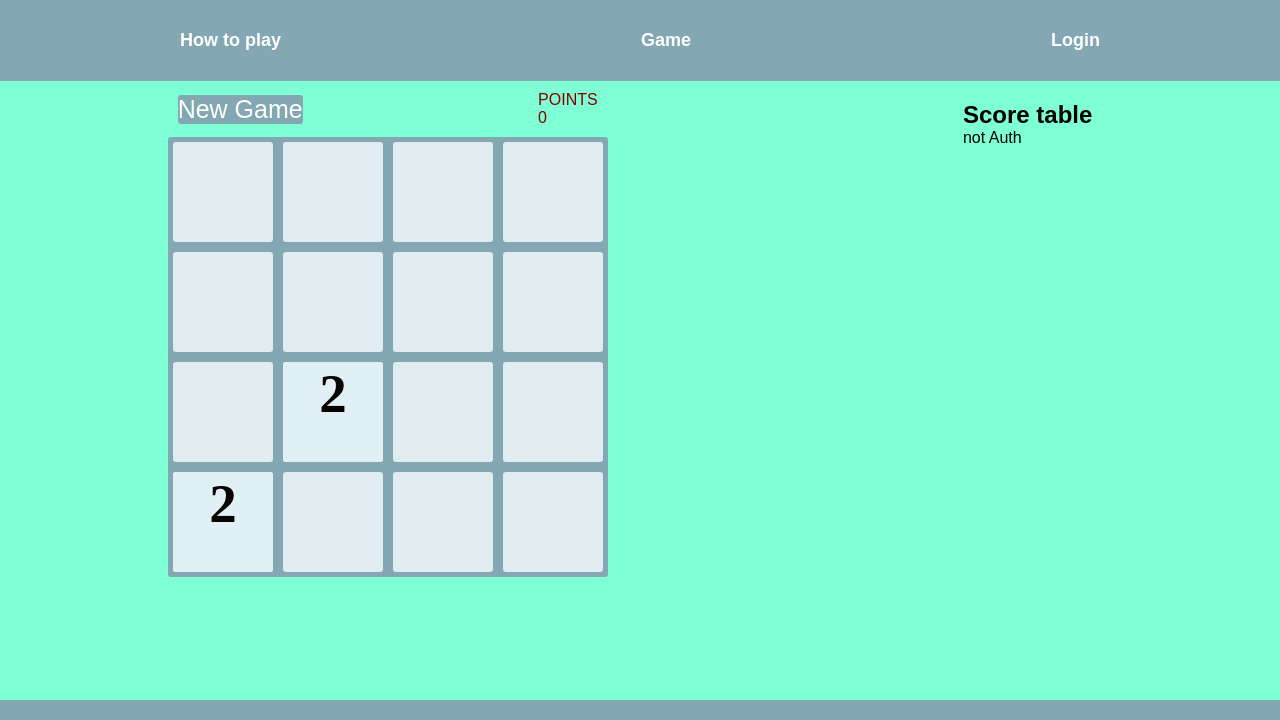
Repository: nika-otter/2048
Page: / (app in client/)
The author's editor kept a copy of each file at every save. The page is drawn from the files as they stood at one save, then again after the next save.
The browser window is 1280 px wide. The pictures show the whole page.
The project was rebuilt for these pictures with package versions that can differ from the ones it lists, and the page was loaded fresh each time. Also part of the build but not shown: client/src/components/Login/LoginForm.js, client/src/pages/account/index.jsx, client/src/components/Game/GameOverlay.jsx, client/src/pages/Instruction/index.jsx, client/src/pages/Login/index.jsx. Imported but missing from the stored project, and not drawn on this page: client/src/components/InstructionPage/InstructionPage.

Above is the page before, as saved 2023-04-30 14:47:20.

After the next save:
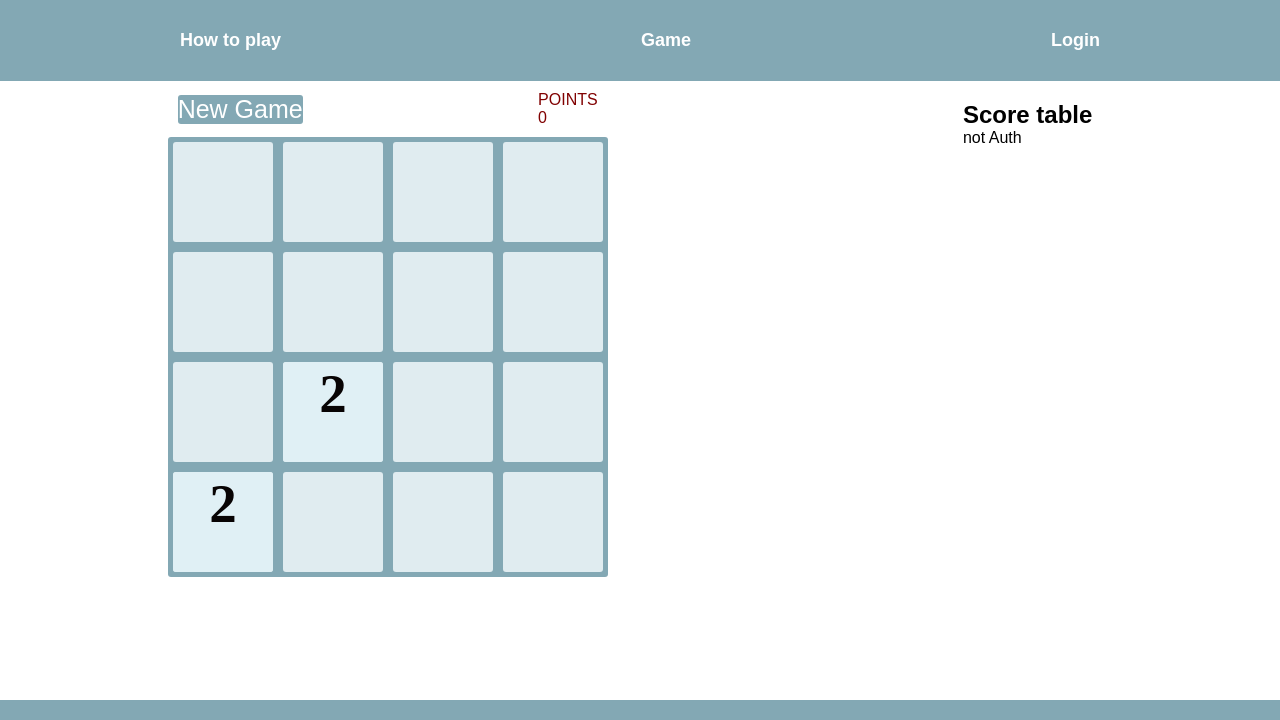
Saved 38 s later.
--- a/client/src/index.css
+++ b/client/src/index.css
@@ -6,8 +6,6 @@
 #root {
   width: 100vw;
   height: 100%;
-
-  background-color: aquamarine;
 }
 
 body {
